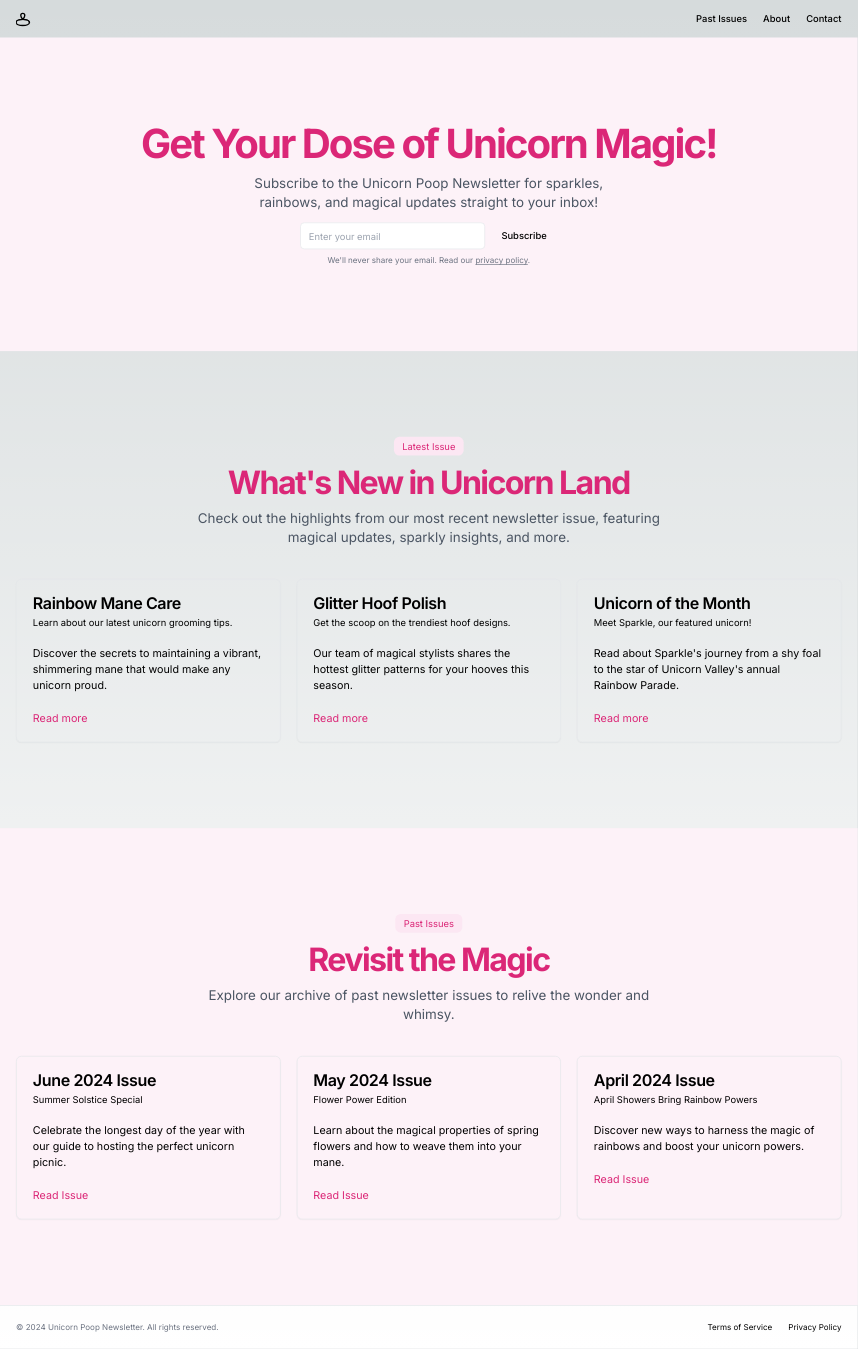
Repository: djdjdallas/unicorn-poop-newsletter
Page: /
An editor plug-in stored every save of this project. The page is shown before and after the next save, followed by the edit.
The browser window is 1280 px wide. The pictures show the whole page, at 67% of full size.
The project was rebuilt for these pictures with package versions that can differ from the ones it lists, and the page was loaded fresh each time. The framework's server and built-in components were replaced by stand-ins that run in the browser. Also part of the build but not shown: next.config.mjs.

Above is the page before, as saved 2024-08-09 14:32:41.

After the next save:
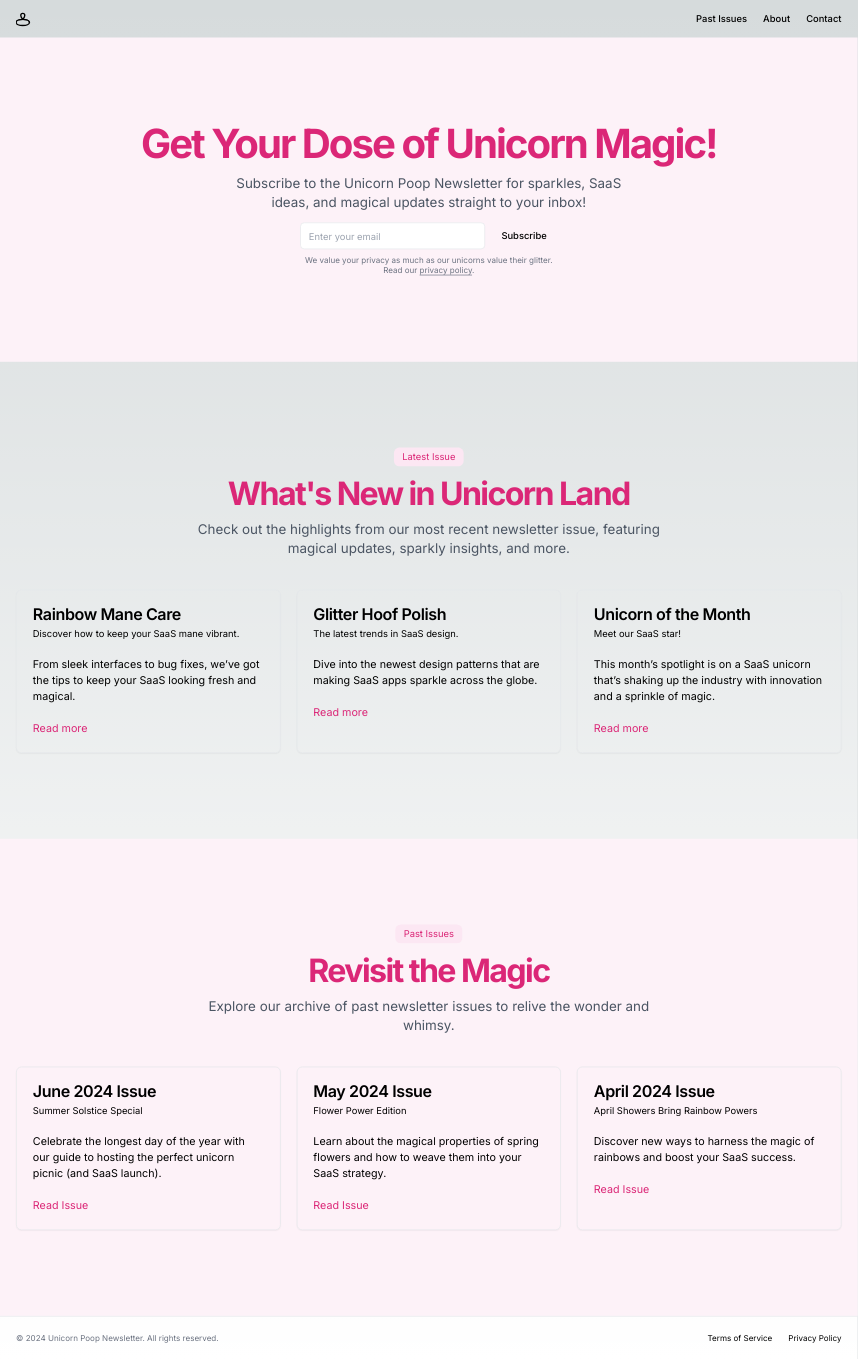
Saved 88 min 25 s later.
--- a/src/app/page.js
+++ b/src/app/page.js
@@ -34,7 +34,7 @@ export default function Home() {
         <title>Unicorn Poop Newsletter</title>
         <meta
           name="description"
-          content="Sign up for the magical Unicorn Poop Newsletter!"
+          content="Sign up for the Unicorn Poop Newsletter – your go-to source for sparkles, SaaS ideas, and a whole lot of fun!"
         />
         <link rel="icon" href="/favicon.ico" />
       </Head>
@@ -72,8 +72,8 @@ export default function Home() {
                 Get Your Dose of Unicorn Magic!
               </h1>
               <p className="max-w-[600px] text-gray-600 md:text-xl">
-                Subscribe to the Unicorn Poop Newsletter for sparkles, rainbows,
-                and magical updates straight to your inbox!
+                Subscribe to the Unicorn Poop Newsletter for sparkles, SaaS
+                ideas, and magical updates straight to your inbox!
               </p>
               <div className="w-full max-w-sm space-y-2">
                 <form onSubmit={handleSubmit} className="flex gap-2">
@@ -88,7 +88,8 @@ export default function Home() {
                   <Button type="submit">Subscribe</Button>
                 </form>
                 <p className="text-xs text-gray-500">
-                  We'll never share your email. Read our{" "}
+                  We value your privacy as much as our unicorns value their
+                  glitter. Read our{" "}
                   <Link href="#" className="underline underline-offset-2">
                     privacy policy
                   </Link>
@@ -117,13 +118,13 @@ export default function Home() {
                 <CardHeader>
                   <CardTitle>Rainbow Mane Care</CardTitle>
                   <CardDescription>
-                    Learn about our latest unicorn grooming tips.
+                    Discover how to keep your SaaS mane vibrant.
                   </CardDescription>
                 </CardHeader>
                 <CardContent>
                   <p>
-                    Discover the secrets to maintaining a vibrant, shimmering
-                    mane that would make any unicorn proud.
+                    From sleek interfaces to bug fixes, we’ve got the tips to
+                    keep your SaaS looking fresh and magical.
                   </p>
                 </CardContent>
                 <CardFooter>
@@ -136,13 +137,13 @@ export default function Home() {
                 <CardHeader>
                   <CardTitle>Glitter Hoof Polish</CardTitle>
                   <CardDescription>
-                    Get the scoop on the trendiest hoof designs.
+                    The latest trends in SaaS design.
                   </CardDescription>
                 </CardHeader>
                 <CardContent>
                   <p>
-                    Our team of magical stylists shares the hottest glitter
-                    patterns for your hooves this season.
+                    Dive into the newest design patterns that are making SaaS
+                    apps sparkle across the globe.
                   </p>
                 </CardContent>
                 <CardFooter>
@@ -154,14 +155,12 @@ export default function Home() {
               <Card>
                 <CardHeader>
                   <CardTitle>Unicorn of the Month</CardTitle>
-                  <CardDescription>
-                    Meet Sparkle, our featured unicorn!
-                  </CardDescription>
-                </CardHeader>
-                <CardContent>
-                  <p>
-                    Read about Sparkle's journey from a shy foal to the star of
-                    Unicorn Valley's annual Rainbow Parade.
+                  <CardDescription>Meet our SaaS star!</CardDescription>
+                </CardHeader>
+                <CardContent>
+                  <p>
+                    This month’s spotlight is on a SaaS unicorn that’s shaking
+                    up the industry with innovation and a sprinkle of magic.
                   </p>
                 </CardContent>
                 <CardFooter>
@@ -196,7 +195,7 @@ export default function Home() {
                 <CardContent>
                   <p>
                     Celebrate the longest day of the year with our guide to
-                    hosting the perfect unicorn picnic.
+                    hosting the perfect unicorn picnic (and SaaS launch).
                   </p>
                 </CardContent>
                 <CardFooter>
@@ -213,7 +212,7 @@ export default function Home() {
                 <CardContent>
                   <p>
                     Learn about the magical properties of spring flowers and how
-                    to weave them into your mane.
+                    to weave them into your SaaS strategy.
                   </p>
                 </CardContent>
                 <CardFooter>
@@ -232,7 +231,7 @@ export default function Home() {
                 <CardContent>
                   <p>
                     Discover new ways to harness the magic of rainbows and boost
-                    your unicorn powers.
+                    your SaaS success.
                   </p>
                 </CardContent>
                 <CardFooter>
